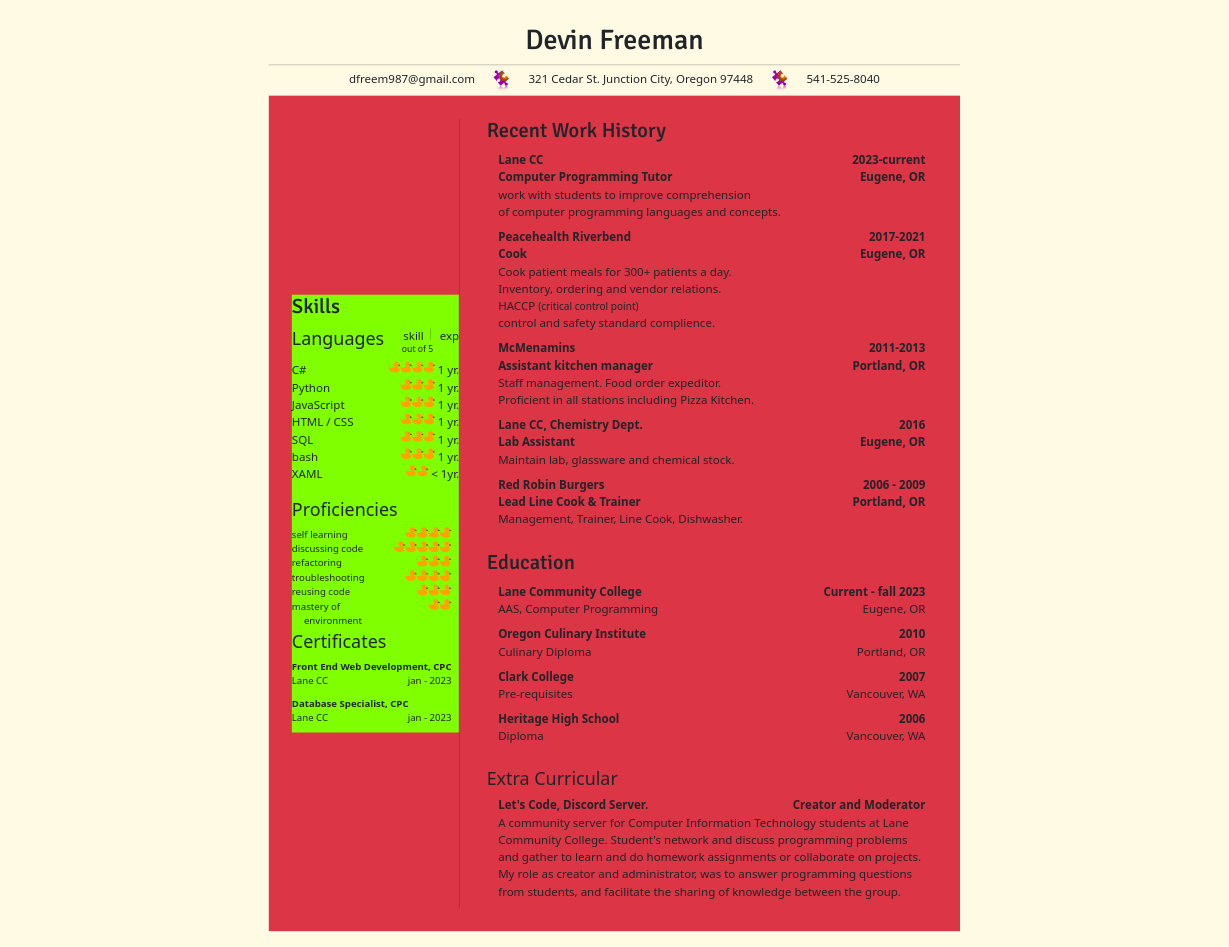
Repository: Dfreem/Resume
Page: index.html
These files come from the project's save history. The page is drawn as it stood at one moment and after the next save; the edit follows.
The browser window is 1280 px wide. The pictures show the whole page, at 96% of full size.

Above is the page before, as saved 2023-02-12 19:51:58.

After the next save:
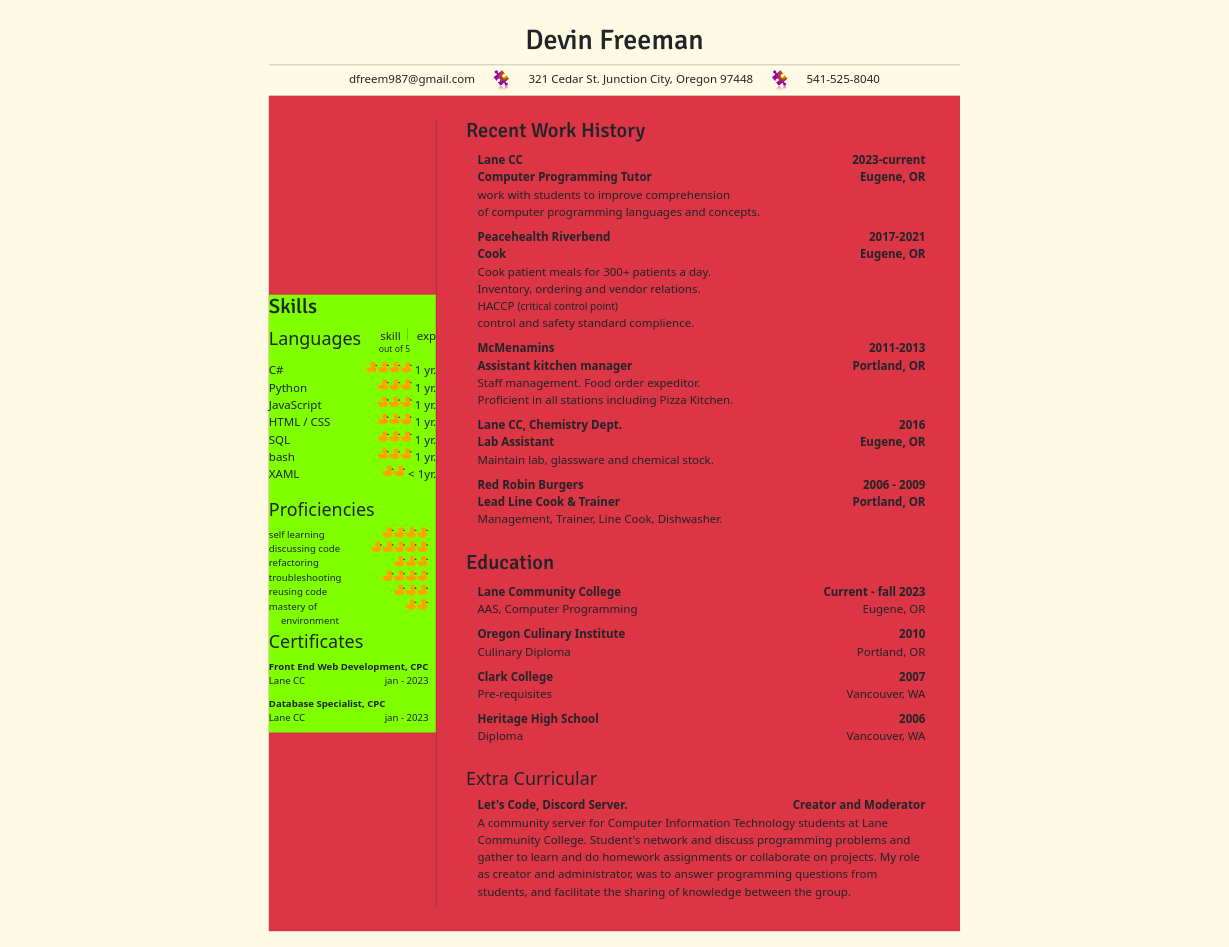
Saved 5 s later.
--- a/resume.css
+++ b/resume.css
@@ -62,7 +62,7 @@
 
 .skill-stack {
     min-width: max-content;
-    margin-inline-start: 2em;
+    /* margin-inline-start: 2em; */
     /* margin-inline-end: .5em; */
     /* margin-block-end: 1em; */
     background-color: chartreuse;

After the save that followed:
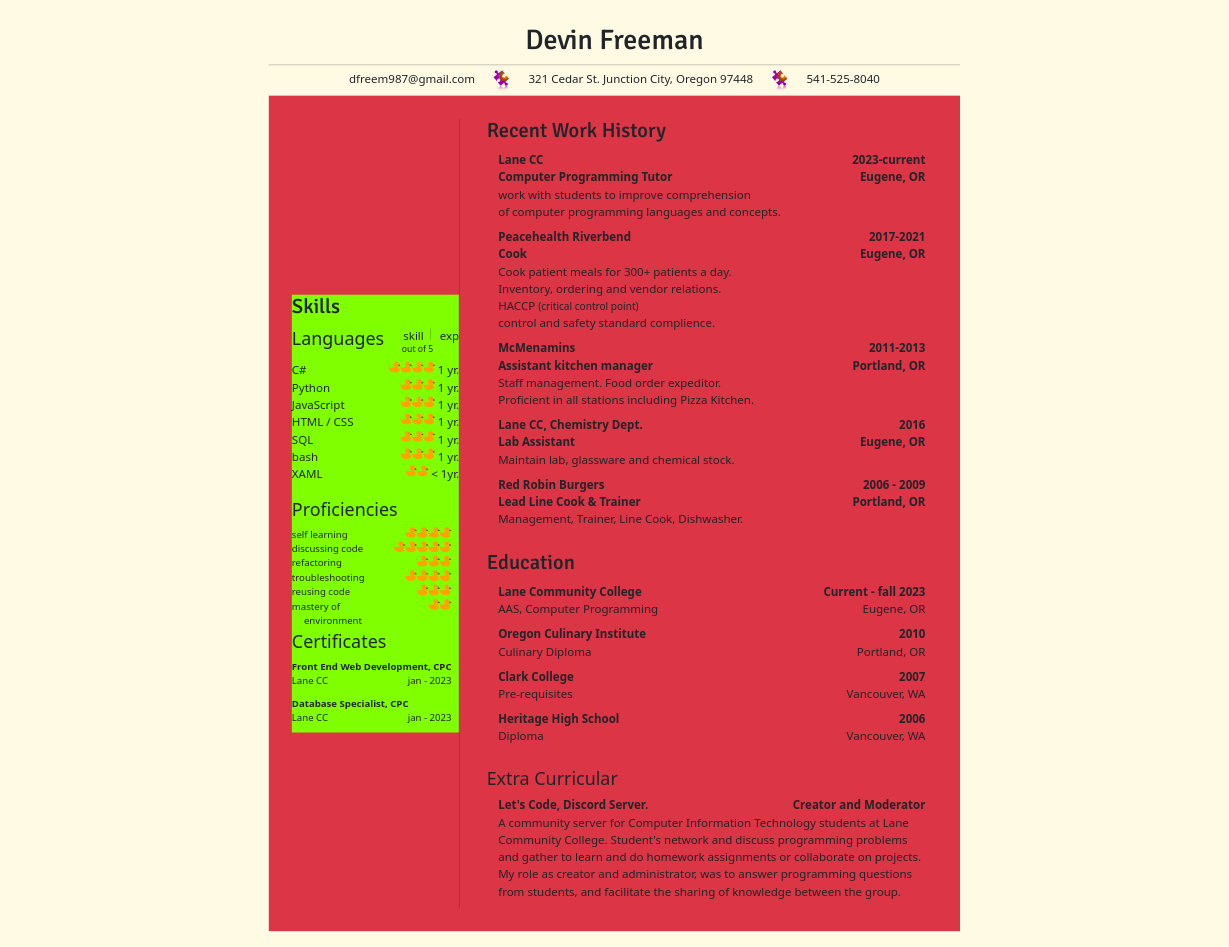
Saved 4 s later.
--- a/resume.css
+++ b/resume.css
@@ -62,7 +62,7 @@
 
 .skill-stack {
     min-width: max-content;
-    /* margin-inline-start: 2em; */
+    margin-inline-start: 2em;
     /* margin-inline-end: .5em; */
     /* margin-block-end: 1em; */
     background-color: chartreuse;
